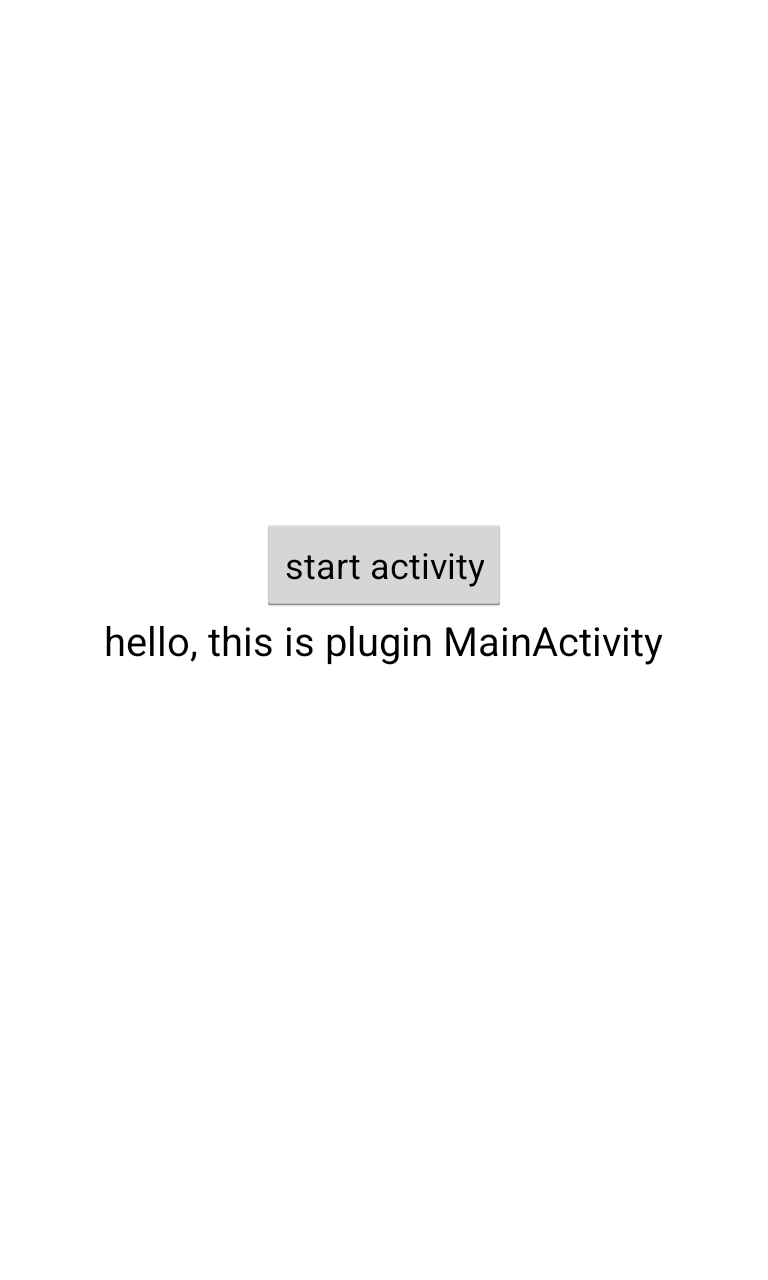
Repository: dingjikerbo/AppRunner
Layout: plugin1/res/layout/activity_test.xml
The author's editor kept a copy of each file at every save. The layout is drawn from the files as they stood at one save, then again after the next save.
It is drawn on a 768 x 1280 px phone screen (xhdpi) without system bars, with theme AppTheme; the app's code is not run.

Above is the layout before, as saved 2016-05-11 23:31:54.

After the next save:
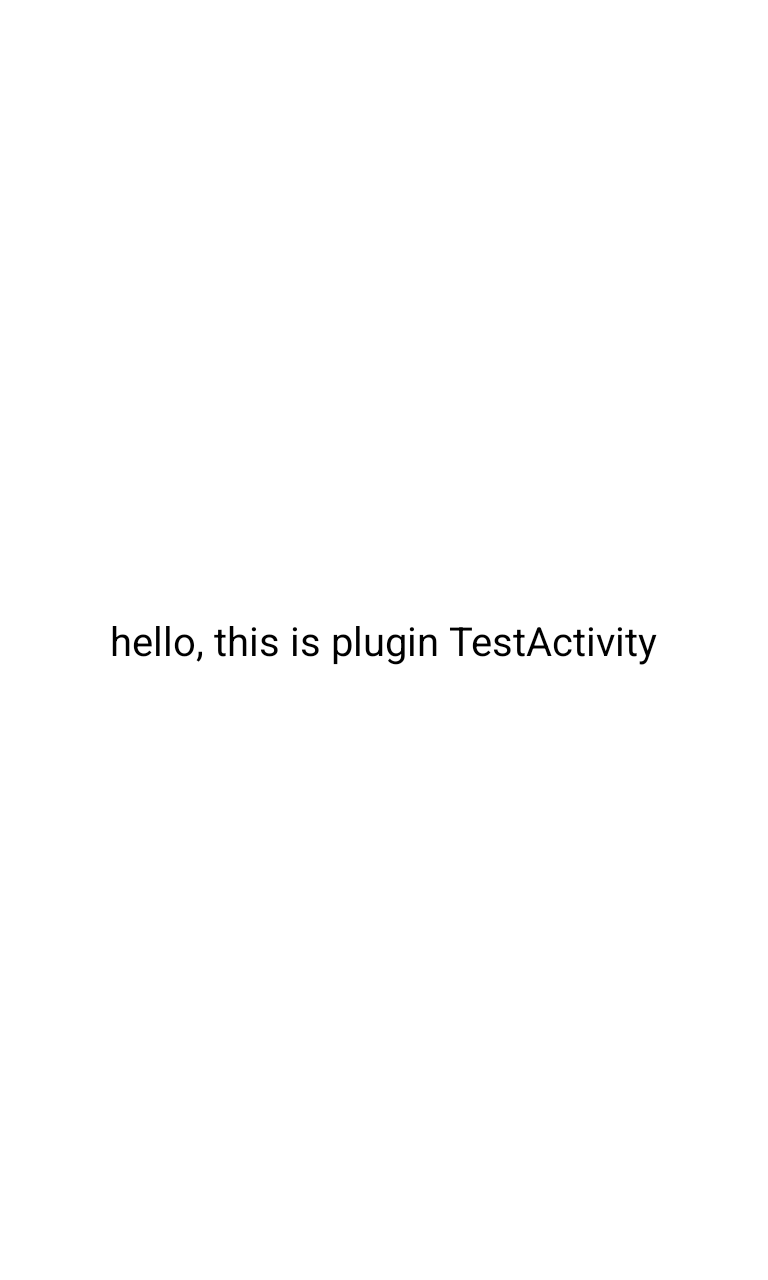
Saved 25 s later.
--- a/plugin1/res/layout/activity_test.xml
+++ b/plugin1/res/layout/activity_test.xml
@@ -13,16 +13,8 @@
         android:layout_width="wrap_content"
         android:layout_height="wrap_content"
         android:layout_centerInParent="true"
-        android:text="hello, this is plugin MainActivity"
+        android:text="hello, this is plugin TestActivity"
         android:textColor="#000000"
         android:textSize="20sp" />
 
-    <Button
-        android:id="@+id/btn"
-        android:layout_width="wrap_content"
-        android:layout_height="wrap_content"
-        android:layout_above="@id/text"
-        android:layout_centerHorizontal="true"
-        android:text="start activity" />
-
 </RelativeLayout>
